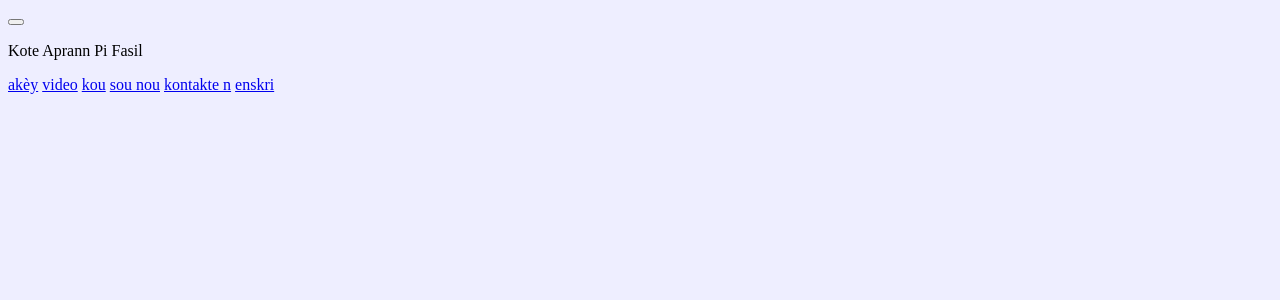
Repository: duperweb/docweb
Page: index.html
These files come from the project's save history. The page is drawn as it stood at one moment and after a run of saves; the edit follows.
The browser window is 1280 px wide. The pictures show the whole page.

Above is the page before, as saved 2021-03-16 14:50:47.

### index.html
<!DOCTYPE html>
<html lang="en">
<head>
    <meta charset="UTF-8">
    <meta http-equiv="X-UA-Compatible" content="IE=edge">
    <meta name="viewport" content="width=device-width, initial-scale=1.0">
    <title>DocWeb: Dokiman Pou Aprann Devlope Web</title>
    <link rel="stylesheet" href="assets/css/home.css">
</head>
<body>
    <!--HEADER SECTION WITH ITS CHILD-->
    <header id="header-pages">

        <nav class="top-message">
            <!--the button menu for mobile devices-->
            <button id="button-top-menu"  title="KLIKE POU WE SA K GEN NAN MENU">
                    <span></span>
                    <span></span>
                    <span></span>
            </button>
            <p>Kote Aprann Pi Fasil </p>
        </nav>

        <!--the top menu horizontal-->
        <nav id="top-nav-hori">
            <a href="index.html">akèy</a>
            <a href="video.html">video</a>
            <a href="kou.html">kou</a>
            <a href="about.html">sou nou</a>
            <a href="mailto:duperweb@gmail.com">kontakte n</a>
            <a href="sign.html" id="signin">enskri</a>
        </nav> <!-- end of the top menu horizontal-->
    </header><!--end of the HEADER SECTION-->
<!--this the top line section-->
</body>
</html>

### assets/css/home.css
/**************************************
IMPORTING OTHER FILE TO LOAD FIRST
*************************************/

body {
    background-color: #eef;
}

/*===================== HEADER PAGES SECTION====================*/
.header-pages {
    /*with  % make container relative to size and can be centralized*/
    margin: 0 auto;
    width: 100%;
    display: flex;
    color:  white;
    justify-content: center;
    text-transform: uppercase;
}

After the next 2 saves:
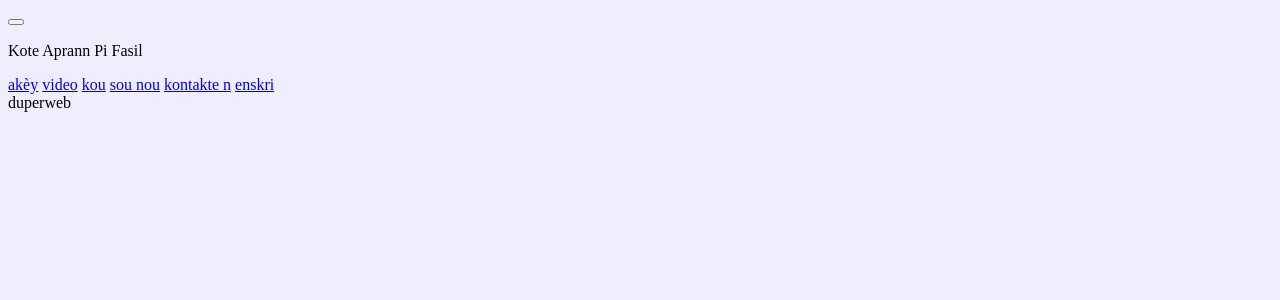
The 2 saves are shown as one change because they came seconds apart.
The last was saved 17 s later.
--- a/index.html
+++ b/index.html
@@ -31,6 +31,11 @@
             <a href="sign.html" id="signin">enskri</a>
         </nav> <!-- end of the top menu horizontal-->
     </header><!--end of the HEADER SECTION-->
+    <section class="container-topline">
+        <span class="just-top-line"></span>
+        <span class="top-text"> <span class="center">duperweb</span></span>
+        <span class="just-top-line"></span>
+     </section
 <!--this the top line section-->
 </body>
 </html>
